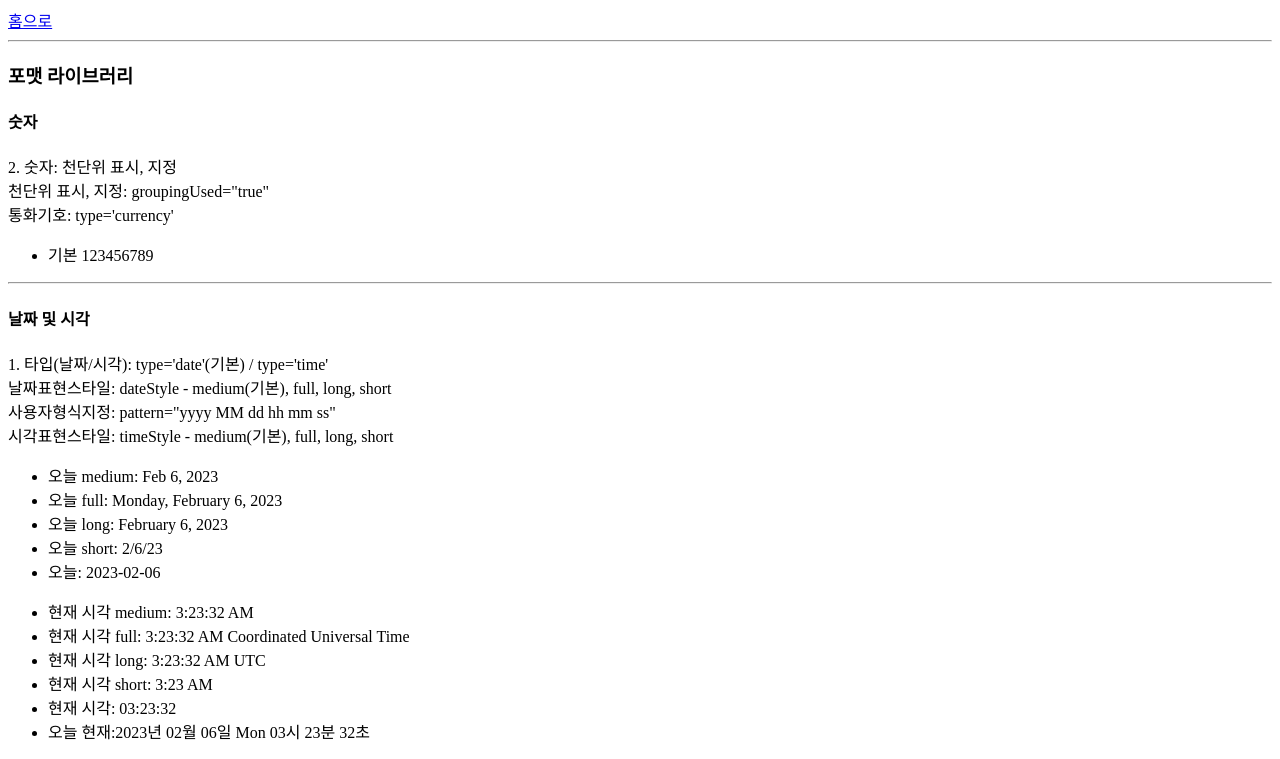
Repository: linklifejo/study_web
Page: http://localhost/servlet02/jstl/format.jsp
An editor plug-in stored every save of this project. The page is shown before and after the next save, followed by the edit.
The browser window is 1280 px wide. The pictures show the whole page.
The page is served by Tomcat 9.

Above is the page before, as saved 2023-02-08 02:43:29.

After the next save:
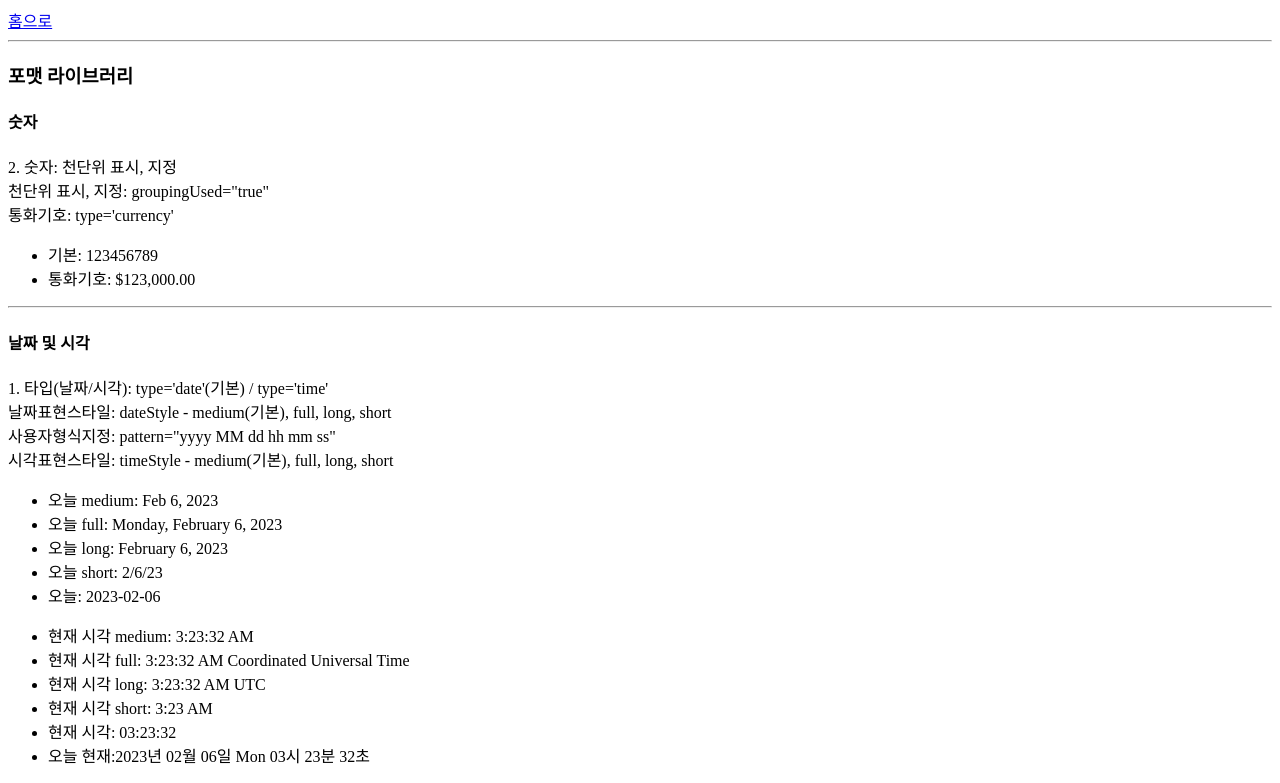
Saved 48 s later.
--- a/servlet02/src/main/webapp/jstl/format.jsp
+++ b/servlet02/src/main/webapp/jstl/format.jsp
@@ -17,7 +17,8 @@
 <div>   천단위 표시, 지정: groupingUsed="true" </div>
 <div>   통화기호: type='currency'</div>
 <ul>
-	<li>기본 <fmt:formatNumber value='123456789' groupingUsed="false" /> </li>
+	<li>기본: <fmt:formatNumber value='123456789' groupingUsed="false" /> </li>
+	<li>통화기호: <fmt:formatNumber value='123000' type='currency' /> </li>
 
 </ul>
 
